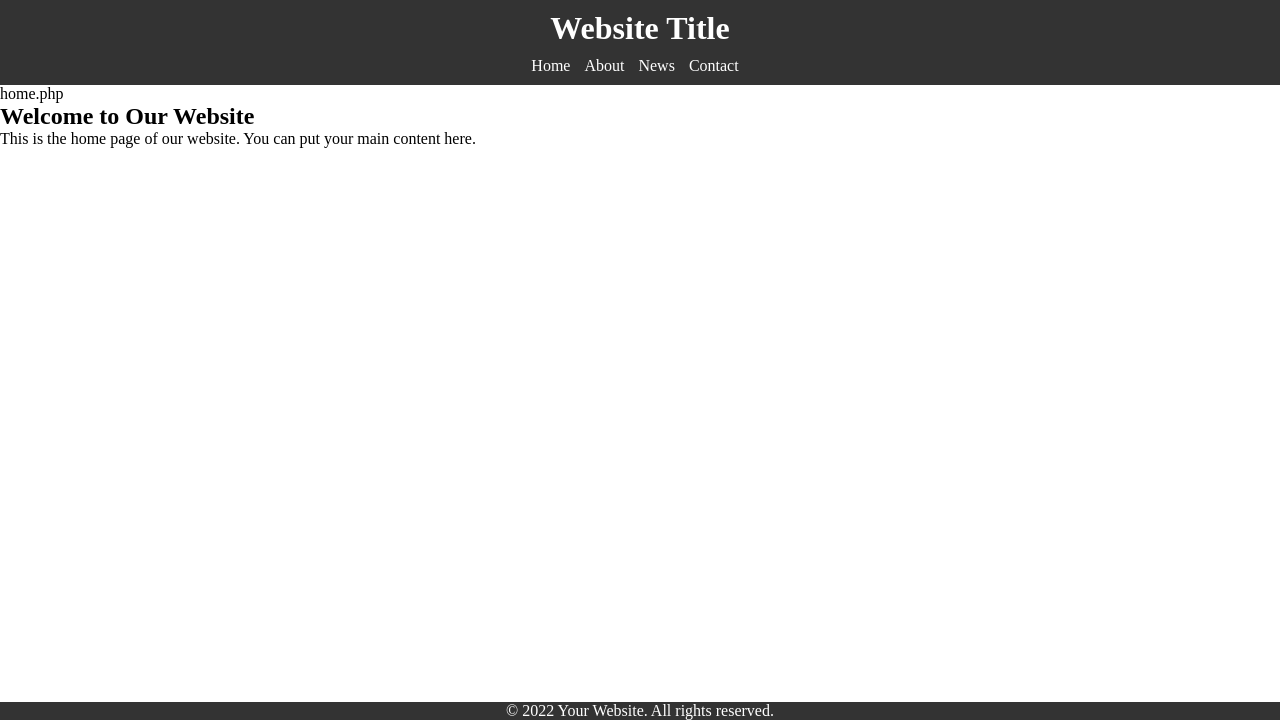
Repository: KHANHD192/Docker_lab
Page: http://localhost/?file=home.php
An editor plug-in stored every save of this project. The page is shown before and after the next save, followed by the edit.
The browser window is 1280 px wide. The pictures show the whole page.
The page is run by PHP 8.4 with error messages shown; the project is at /var/www/html/.

Above is the page before, as saved 2024-04-08 19:35:11.

### src/index.php
<!DOCTYPE html>
<html lang="en">
<head>
    <meta charset="UTF-8">
    <meta name="viewport" content="width=device-width, initial-scale=1.0">
    <title>Header</title>
    <!-- Định nghĩa CSS cho header -->
    <style>
        *{
            padding:0;
            margin:0;
        }


        header {
            background-color: #333;
            color: #fff;
            padding: 10px;
            text-align: center;
        }

        nav {
            text-align: center;
            margin-top: 10px;
        }

        nav ul {
            list-style-type: none;
            padding: 0;
            margin: 0;
        }

        nav ul li {
            display: inline;
            margin-right: 10px;
        }

        nav ul li a {
            color: #fff;
            text-decoration: none;
        }

        nav ul li a:hover {
            text-decoration: underline;
        }
        footer {
            background-color: #333;
            color: #fff;
            text-align: center;
            position: fixed;
            bottom: 0;
            width: 100%;
        }
    </style>
</head>
<body>
<header>
        <h1>Website Title</h1>
        <nav>
            <ul>
                <li><a href="?file=home.php">Home</a></li>
                <li><a href="?file=about.php">About</a></li>
                <li><a href="?file=news.php">News</a></li>
                <li><a href="?file=contact.php">Contact</a></li>
            </ul>
        </nav>
    </header>
    <content>
        <?php
        // check empty
        // print_r(($_GET));
        if(!empty($_GET["file"])){
            $black_list= array(
                "/etc/issue",
                "/etc/passwd",
                "/etc/shadow",
                "/etc/group",
                "/etc/hosts",
                "/etc/motd",
                "/proc/self/environ",
                "/proc/version",
                "/proc/cmdline",
                "/proc/sched_debug",
                "/proc/mounts",
                "/proc/net/arp",
                "/proc/net/route",
                "/proc/net/tcp"
            );

        $path =$_GET['file'];
        foreach($black_list as $item){
             if(stripos($path,$item) != FALSE){
                echo "<h3>Hacking detected ! </h3>";
                echo "
                <div style='
                 display: flex;
                 justify-content: center;
                 align-items: center;
                '>
                <img style='max-width: 300px; max-height: 600px;'src='https://cdn.xaluannews.com/images/news/Image/2021/04/02/46066908629012.img.jpg'>
              </div>
                ";
                exit();
             }
        }
           $path =str_replace("../","",$_GET['file']);
           echo $path;
           $src ="include/".$path;
           include($src);
        }else{
            include('include/home.php');
        }

        ?>
    </content>
    <footer>
     <p>&copy; 2022 Your Website. All rights reserved.</p>
    </footer>
</body>
</html>

### src/include/home.php
<div>
        <h2>Welcome to Our Website</h2>
        <p>This is the home page of our website. You can put your main content here.</p>
</div>

After the next save:
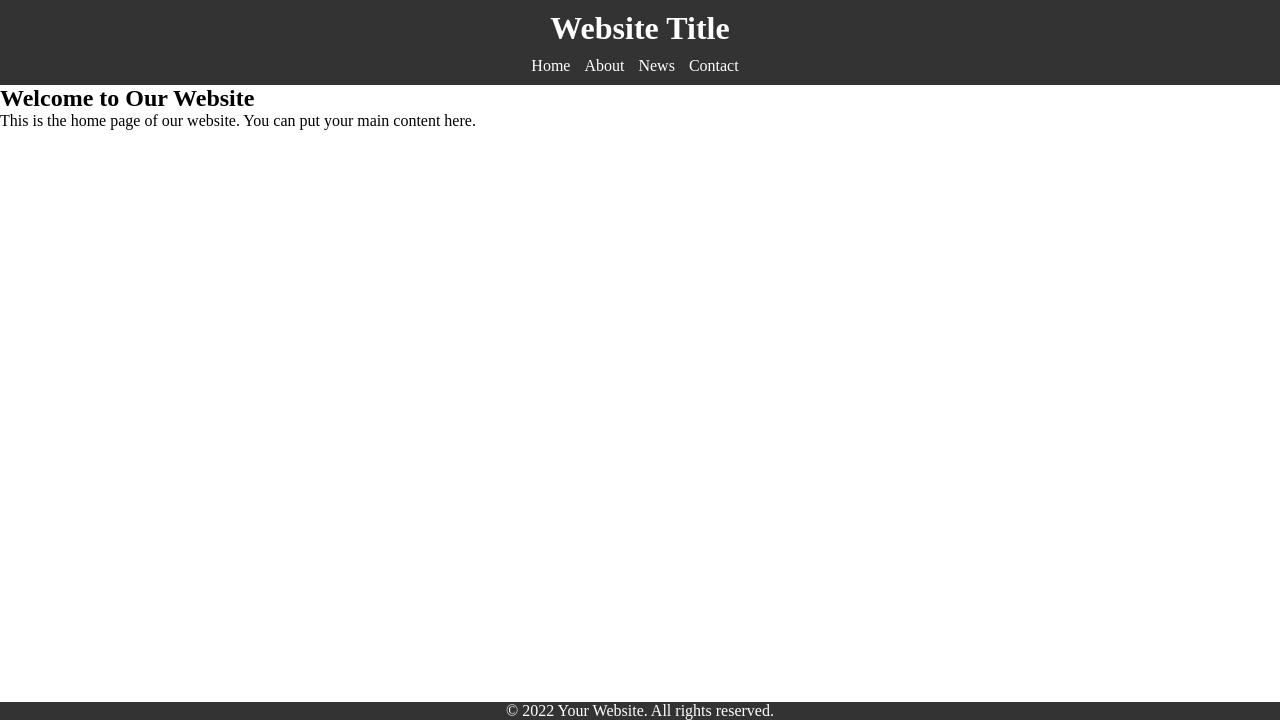
Saved 2 min 4 s later.
--- a/src/index.php
+++ b/src/index.php
@@ -104,7 +104,7 @@
              }
         }
            $path =str_replace("../","",$_GET['file']);
-           echo $path;
+        //    echo $path;
            $src ="include/".$path;
            include($src);
         }else{
